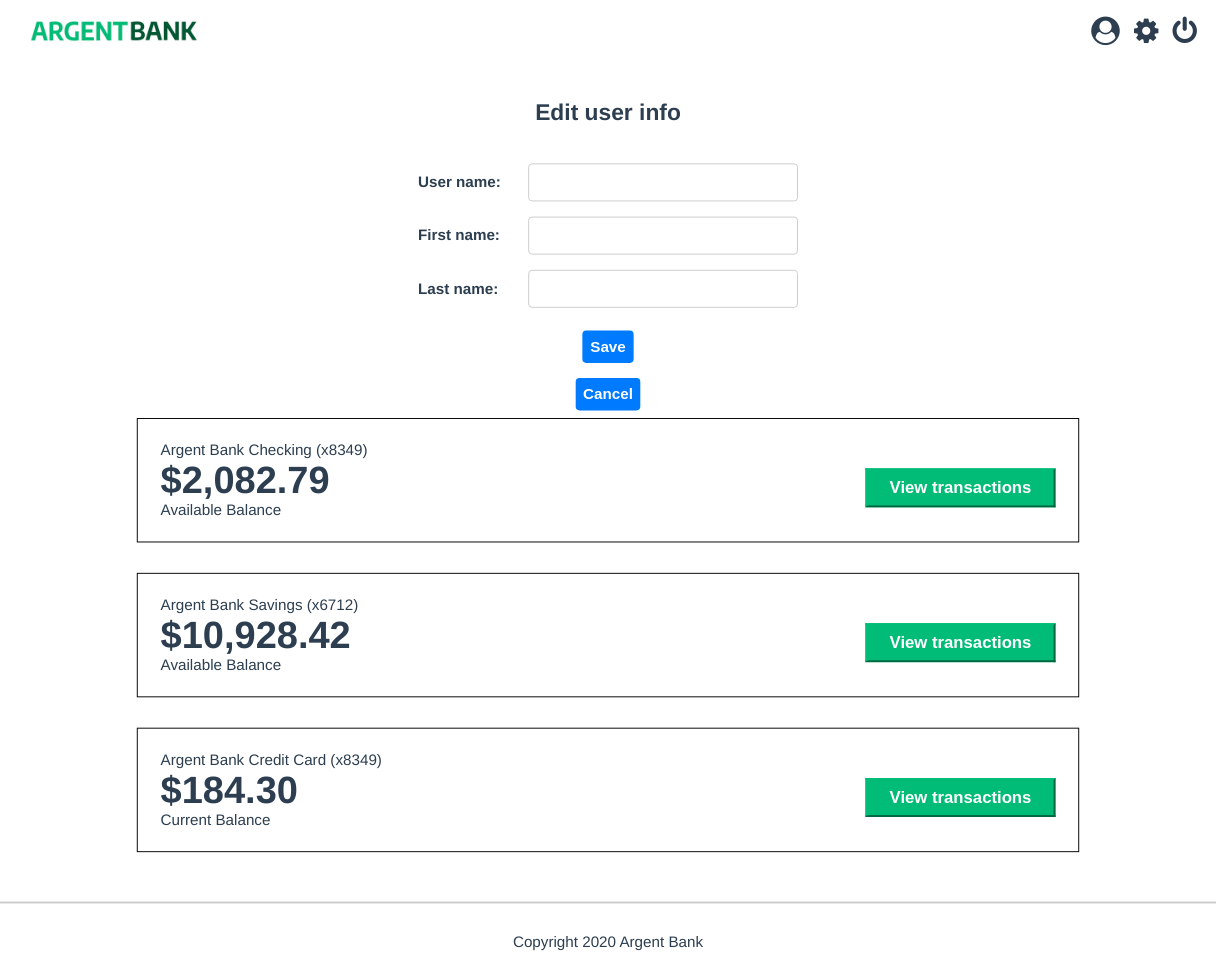
Repository: Dimple3377/ArgentBank-website
Page: /edit-user (app in banking-app/)
These files come from the project's save history. The page is drawn as it stood at one moment and after the next save; the edit follows.
The browser window is 1280 px wide. The pictures show the whole page, at 95% of full size.
The project was rebuilt for these pictures with package versions that can differ from the ones it lists, and the page was loaded fresh each time. Also part of the build but not shown: banking-app/src/components/Hero.jsx, banking-app/src/components/Feature.jsx, banking-app/src/pages/HomePage.jsx, banking-app/src/components/LoginForm.jsx, banking-app/src/pages/SignInPage.jsx, banking-app/src/pages/UserPage.jsx.

Above is the page before, as saved 2024-05-28 03:58:17.

After the next save:
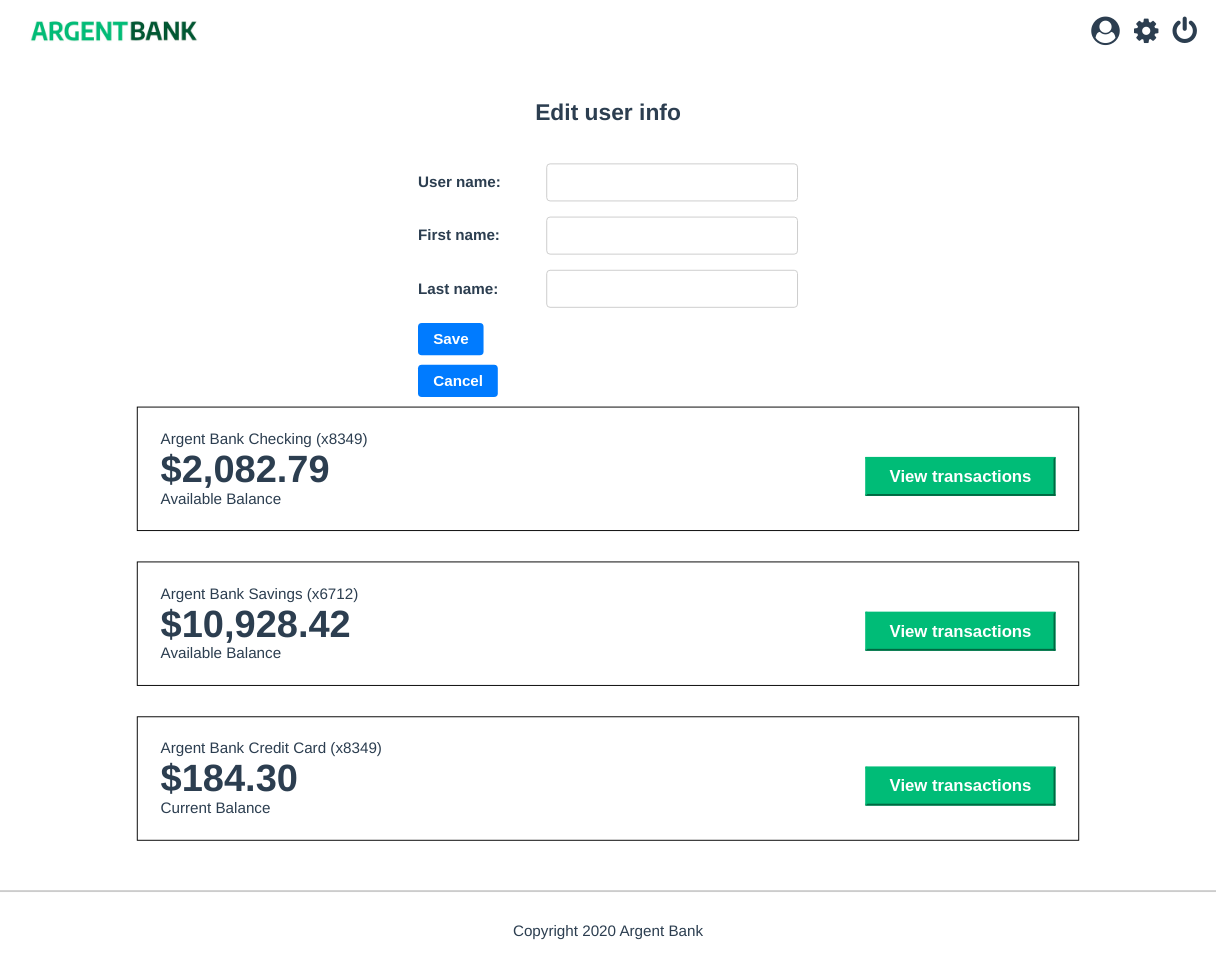
Saved 20 min 27 s later.
--- a/banking-app/src/components/EditNameForm.css
+++ b/banking-app/src/components/EditNameForm.css
@@ -1,7 +1,7 @@
 .edit-name-form {
   display: flex;
   flex-direction: column;
-  align-items: center;
+  align-items: flex-start; /* Aligner à gauche */
   width: 100%;
   max-width: 400px;
   margin: 0 auto;
@@ -18,7 +18,7 @@
 .input-wrapper label {
   margin-right: 1rem;
   font-weight: bold;
-  width: 100px;
+  width: 120px; /* Ajuster la largeur des labels pour l'alignement */
 }
 
 .input-wrapper input {
@@ -30,22 +30,17 @@
 
 .button-container {
   display: flex;
-  justify-content: space-between; /* Changed to space-between for equal spacing */
+  justify-content: flex-start; /* Aligner à gauche */
+  gap: 1rem; /* Espace entre les boutons */
   width: 100%;
 }
 
 .edit-button {
-  padding: 0.5rem;
-  margin: 0.5rem;
+  padding: 0.5rem 1rem;
   background-color: #007bff;
   color: white;
   border: none;
   border-radius: 4px;
   cursor: pointer;
-  flex: 1; /* Make buttons take equal space */
-  text-align: center; /* Center text in buttons */
+  text-align: center;
 }
-
-.edit-button:first-child {
-  margin-right: 1rem; /* Add space between buttons */
-}

After the save that followed:
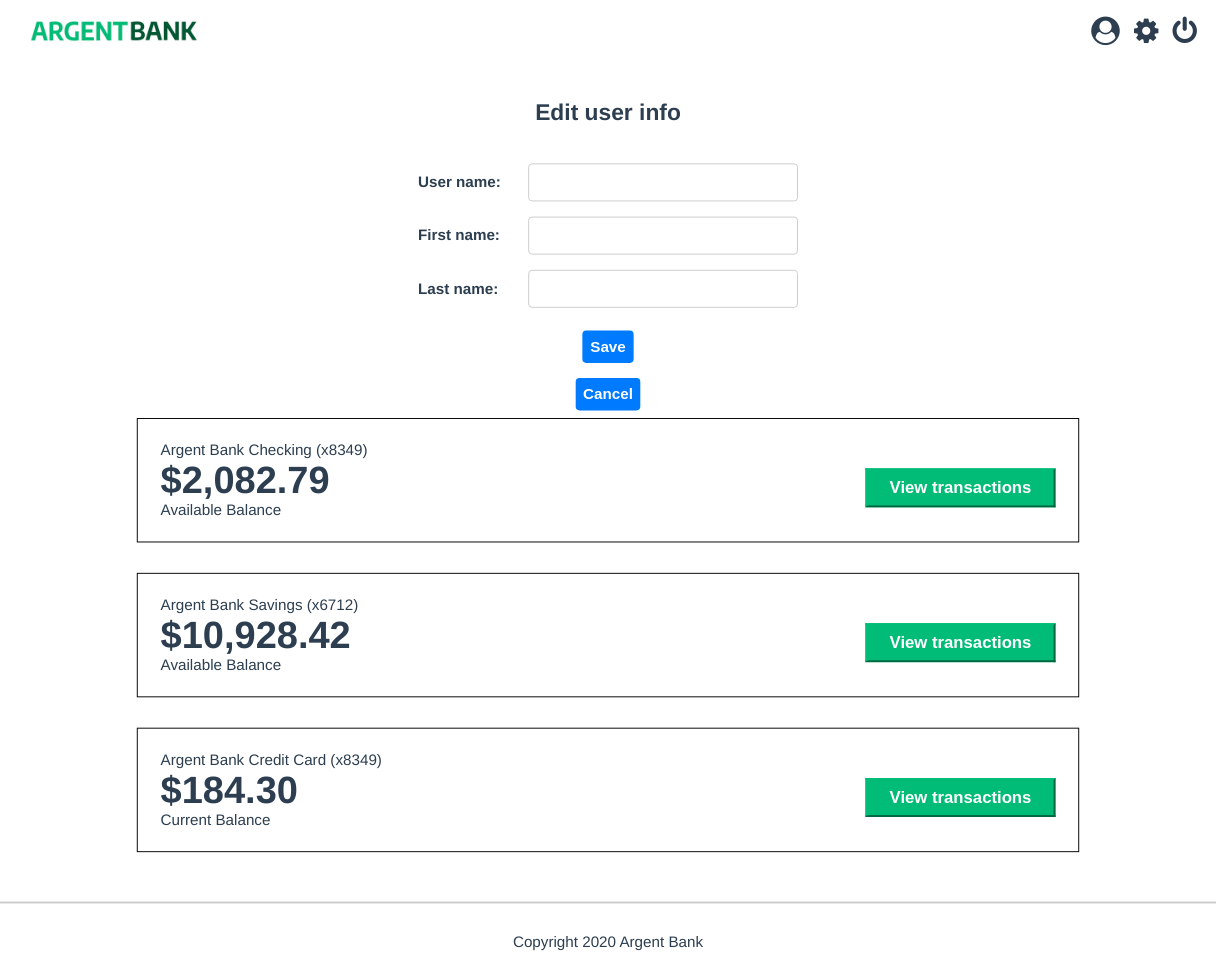
Saved 17 s later.
--- a/banking-app/src/components/EditNameForm.css
+++ b/banking-app/src/components/EditNameForm.css
@@ -1,7 +1,7 @@
 .edit-name-form {
   display: flex;
   flex-direction: column;
-  align-items: flex-start; /* Aligner à gauche */
+  align-items: center;
   width: 100%;
   max-width: 400px;
   margin: 0 auto;
@@ -18,7 +18,7 @@
 .input-wrapper label {
   margin-right: 1rem;
   font-weight: bold;
-  width: 120px; /* Ajuster la largeur des labels pour l'alignement */
+  width: 100px;
 }
 
 .input-wrapper input {
@@ -30,17 +30,16 @@
 
 .button-container {
   display: flex;
-  justify-content: flex-start; /* Aligner à gauche */
-  gap: 1rem; /* Espace entre les boutons */
+  justify-content: center;
   width: 100%;
 }
 
 .edit-button {
-  padding: 0.5rem 1rem;
+  padding: 0.5rem;
+  margin: 0.5rem;
   background-color: #007bff;
   color: white;
   border: none;
   border-radius: 4px;
   cursor: pointer;
-  text-align: center;
 }
